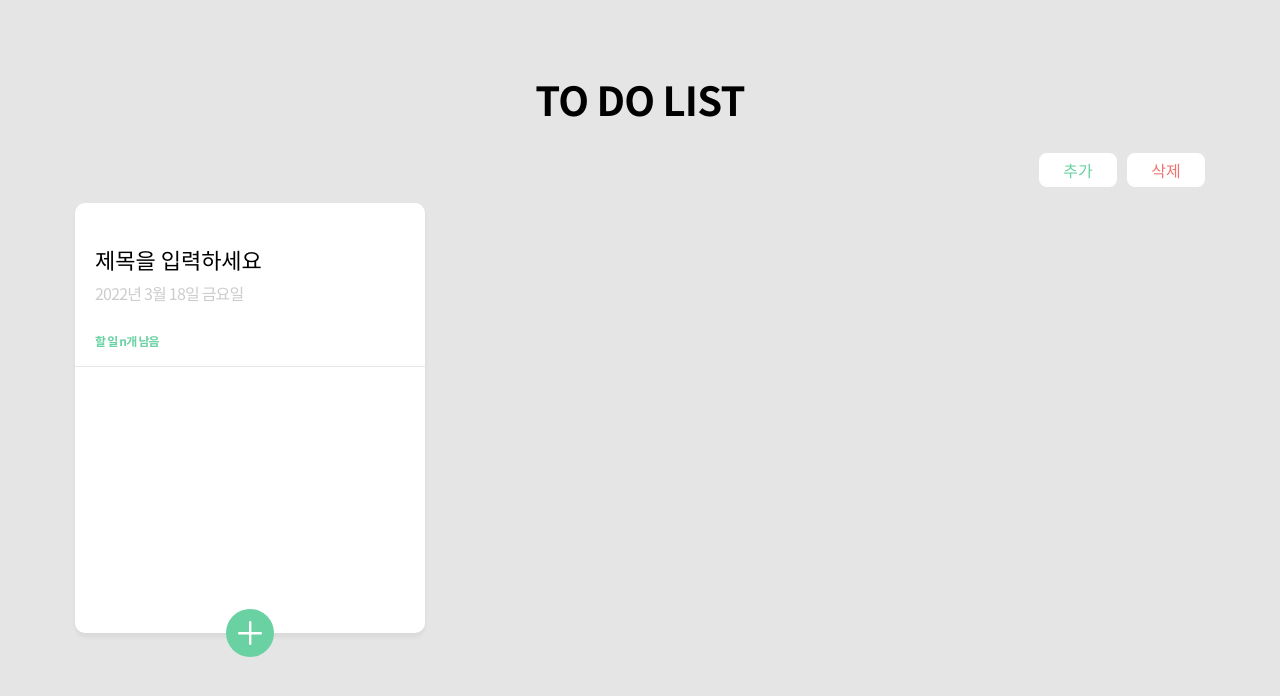
Repository: KIMSEOUNYOUNG/toDoList
Page: skin/main.html
An editor plug-in stored every save of this project. The page is shown before and after the next save, followed by the edit.
The browser window is 1280 px wide. The pictures show the whole page.

Above is the page before, as saved 2022-04-28 15:41:07.

After the next save:
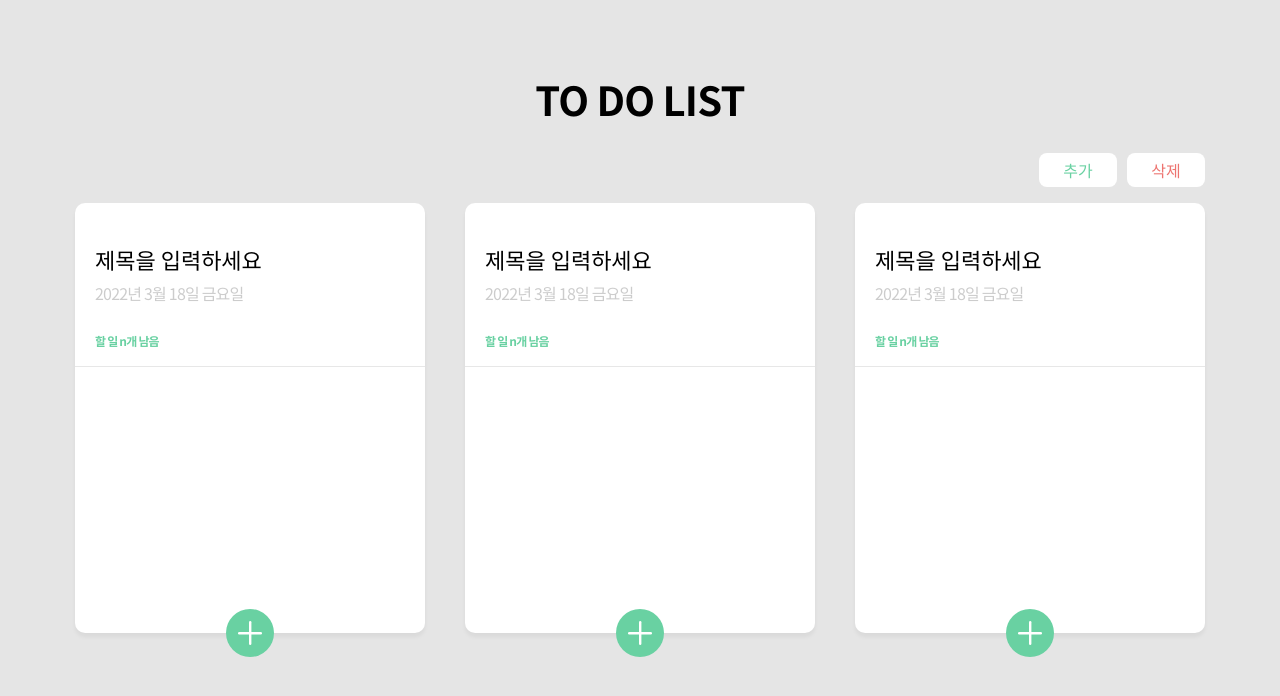
Saved 43 s later.
--- a/skin/main.html
+++ b/skin/main.html
@@ -69,6 +69,92 @@
                     </label>
 
                 </div>
+                <div class="col_8">
+
+                    <label class="del_chk">
+                        <input type="checkbox" disabled>
+                        <div class="tdList_box">
+
+                            <div class="tdList_tit_box">
+                                <input type="text" class="tdList_tit bn p_0" placeholder="제목을 입력하세요">
+                                <p class="tdList_date">2022년 3월 18일 금요일</p>
+                                <div class="tdList_remain"><b>할 일 n개 남음</b></div>
+                            </div>
+
+                                <ul class="tdList_list_box">
+
+                                    <!-- <li>
+                                        <label for="toDoList" class="fm_ch">
+                                            <input class="chBox" type="checkbox" name="" id="toDoList">
+                                            <div id="td_result" class="tdList_list_txt">할 일을 적어봅시다.</div>
+                                            <button class="list_del">
+                                                <i class="icon_trash"></i>
+                                            </button>
+                                        </label>
+                                    </li> -->
+
+                                </ul>
+
+                            <div class="txt_box toggle_on">
+                                <form >
+                                    <input type="text" style="display: none;">
+                                    <!-- <input class="bn" id="td_add" type="text" onkeypress="if(window.event.keyCode == 13){tdPrint();}" placeholder="할 일을 입력 후, Enter를 누르세요."> -->
+                                    <input class="bn" id="td_add" type="text" onkeypress="tdPrint()" placeholder="할 일을 입력 후, Enter를 누르세요." value="">
+                                </form>
+                            </div>
+                            <div class="tdList_btn_box toggle_on">
+                                <button class="tdList_btn">
+                                    <i class="icon_plus"></i>
+                                </button>
+                            </div>
+
+                        </div>
+                    </label>
+
+                </div>
+                <div class="col_8">
+
+                    <label class="del_chk">
+                        <input type="checkbox" disabled>
+                        <div class="tdList_box">
+
+                            <div class="tdList_tit_box">
+                                <input type="text" class="tdList_tit bn p_0" placeholder="제목을 입력하세요">
+                                <p class="tdList_date">2022년 3월 18일 금요일</p>
+                                <div class="tdList_remain"><b>할 일 n개 남음</b></div>
+                            </div>
+
+                                <ul class="tdList_list_box">
+
+                                    <!-- <li>
+                                        <label for="toDoList" class="fm_ch">
+                                            <input class="chBox" type="checkbox" name="" id="toDoList">
+                                            <div id="td_result" class="tdList_list_txt">할 일을 적어봅시다.</div>
+                                            <button class="list_del">
+                                                <i class="icon_trash"></i>
+                                            </button>
+                                        </label>
+                                    </li> -->
+
+                                </ul>
+
+                            <div class="txt_box toggle_on">
+                                <form >
+                                    <input type="text" style="display: none;">
+                                    <!-- <input class="bn" id="td_add" type="text" onkeypress="if(window.event.keyCode == 13){tdPrint();}" placeholder="할 일을 입력 후, Enter를 누르세요."> -->
+                                    <input class="bn" id="td_add" type="text" onkeypress="tdPrint()" placeholder="할 일을 입력 후, Enter를 누르세요." value="">
+                                </form>
+                            </div>
+                            <div class="tdList_btn_box toggle_on">
+                                <button class="tdList_btn">
+                                    <i class="icon_plus"></i>
+                                </button>
+                            </div>
+
+                        </div>
+                    </label>
+
+                </div>
 
             </div>
         </div>
